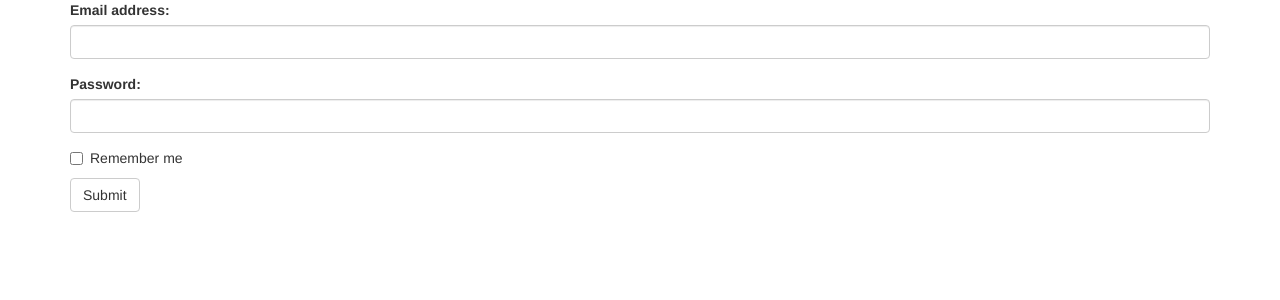
Repository: vaibhavkri/Trendnxt-Projects
Page: bootstrap/Bootstrap– L3 Assignment/Topic 6 HTML Forms/Assignment1.html
These files come from the project's save history. The page is drawn as it stood at one moment and after the next save; the edit follows.
The browser window is 1280 px wide. The pictures show the whole page.

Above is the page before, as saved 2018-10-23 14:25:57.

After the next save:
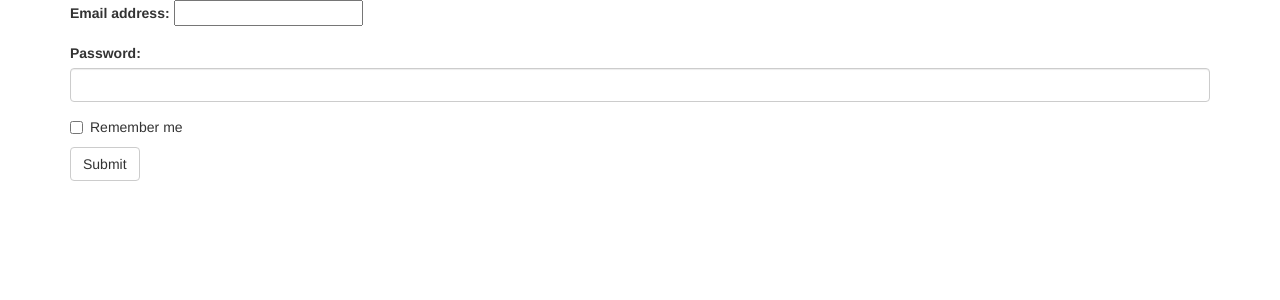
Saved 14 s later.
--- a/bootstrap/Bootstrap– L3 Assignment/Topic 6 HTML Forms/Assignment1.html
+++ b/bootstrap/Bootstrap– L3 Assignment/Topic 6 HTML Forms/Assignment1.html
@@ -20,7 +20,7 @@
 
             <div class="form-group">
                 <label for="email">Email address:</label>
-                <input type="email" class="form-control" id="email">
+                <input type="email" class="form-control-lg" id="email">
             </div>
             <div class="form-group">
                 <label for="pwd">Password:</label>
